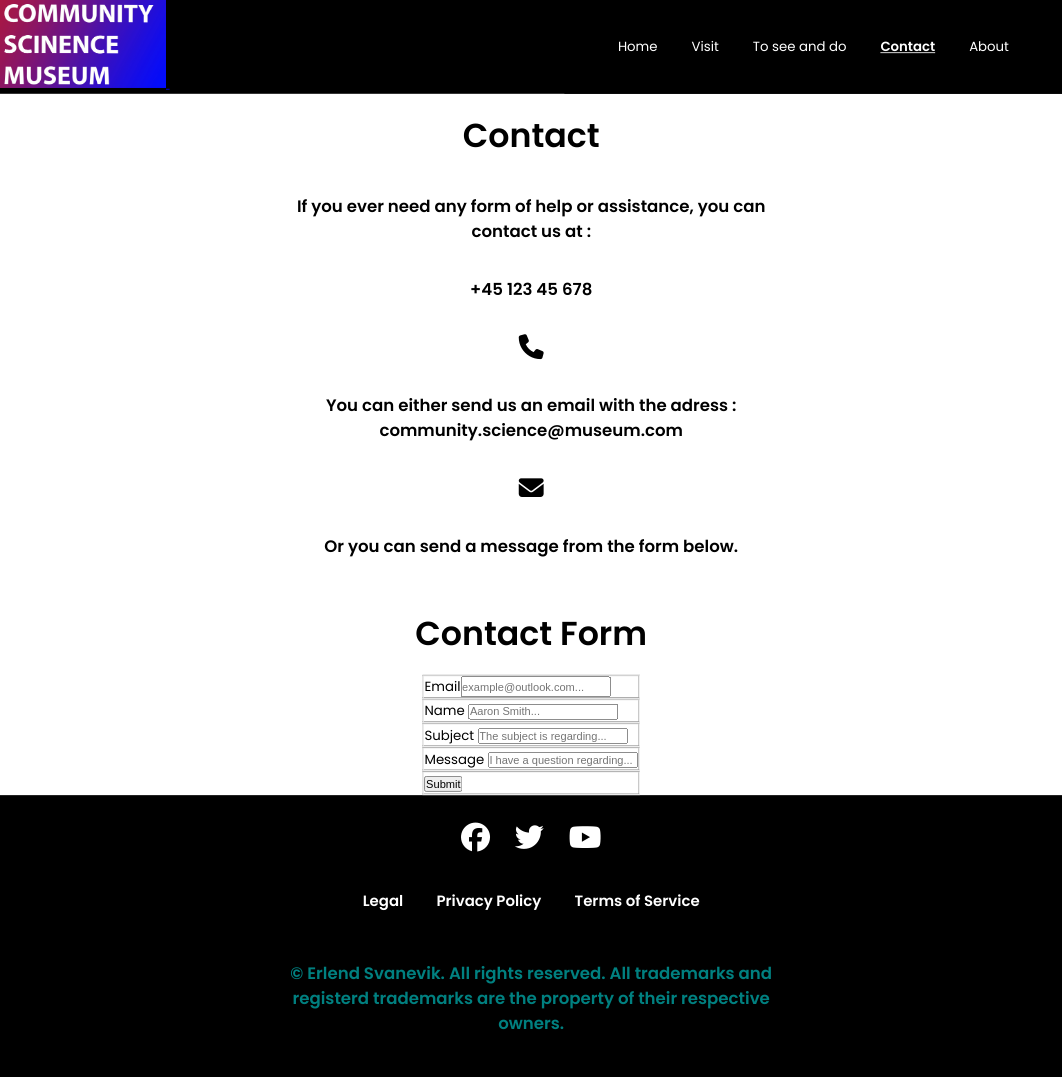
Repository: EpleWasTaken/Semester-Project
Page: contact.html
These files come from the project's save history. The page is drawn as it stood at one moment and after the next save; the edit follows.
The browser window is 1280 px wide. The pictures show the whole page, at 83% of full size.
Some web libraries are served in a nearby version.

Above is the page before, as saved 2020-12-11 22:10:47.

### contact.html
<!DOCTYPE html>
<html lang="en">
<head>
    <meta charset="UTF-8">
    <meta name="viewport" content="width=device-width, initial-scale=1.0">
    <meta name="keywords" content="museum, science museum, community museum">
    <meta name="author" content="Erlend Molvik Svanevik">
    <title>CMS Contact</title>

    <link rel="preconnect" href="https://fonts.gstatic.com">
    <link href="https://fonts.googleapis.com/css2?family=Poppins:ital,wght@0,100;0,200;0,300;0,400;0,500;0,600;1,100;1,200;1,300;1,400;1,500;1,600&display=swap" rel="stylesheet">
    <link rel="stylesheet" href="./css/styles.css">
    <link rel="stylesheet" href="./css/footer.css">
    <link rel="stylesheet" href="/css/hamburger.css">
    <script src="https://kit.fontawesome.com/cafca22d75.js" crossorigin="anonymous"></script>
</head>


<!--NAVIGAION, LOGO AND SEARCH BAR-->


<body>
    <header>
        <a href="index.html" aria-label="Go to frontpage">
            <img src="/Images/CommunityScienceMuseum.jpg" class="logo" alt="Community Science Museum logo">
        </a>
        <label class="hamburger-label" for="hamburger-menu" aria-label="Hamburger menu for navigation"><i class="fas fa-bars fa-2x"></i></label>
        <input type="checkbox" id="hamburger-menu">
        <nav>
            <ul class="nav">
                <li><a href="index.html" aria-label="Go to home page">Home</a></li>
                <li><a href="visit.html" aria-label="Go to the visit page">Visit</a></li>
                <li><a href="to-see-and-do.html" aria-label="Go to: To see and do">To see and do</a></li>
                <li><a href="contact.html" aria-label="Go to the contact page" class="active">Contact</a></li>
                <li><a href="about.html" aria-label="Go to the about page">About</a></li>
            </ul>
        </nav>
    </header>


<!---->

<main>
    <div class="contact-page">
        <div class="contact-items">
            <h2>Contact</h2>
            <p>If you ever need any form of help or assistance, you can contact us at :</p>
        </div>
        <div>
            <p>+45 123 45 678</p>
            <a href="#0" class="phone"><a class="fas fa-phone"></a>
        </div>
        <div>
            <p>You can either send us an email with the adress : community.science@museum.com</p>
            <a href="#0" class="mail"><a class="fas fa-envelope"></a>
            <p>Or you can send a message from the form below.</p>
        </div>
    </div>
    <div>
        <section class="contact-container">
            <section class="contact-form">
                <h2>Contact Form</h2>
                <form action="submit.php" method="GET">
                    <fieldset class="email">
                        <label for="email">Email</label>
                        <input type="email" name="email" placeholder="example@outlook.com...">
                    </fieldset>
                    <fieldset class="name">
                        <label for="name">Name</label>
                        <input type="text" name="name" placeholder="Aaron Smith...">
                    </fieldset>
                    <fieldset class="subject">
                        <label for="subject">Subject</label>
                        <input type="subject" name="subject" placeholder="The subject is regarding...">
                    </fieldset>
                    <fieldset class="message">
                        <label for="message">Message</label>
                        <input type="text" name="message" placeholder="I have a question regarding...">
                    </fieldset>
                    <fieldset class="submit">
                        <button class="btn-submit">Submit</button>
                    </fieldset>
                </form>
            </section>
        </section>
    </div>
</main>





    <footer class="footer">
        <div class="footer-container">
            <ul class="footer-social">
                <li>
                    <a href="#0" class="facebook"><i class="fab fa-facebook"></i></a>
                </li>
                <li>
                    <a href="#0" class="twitter"><i class="fab fa-twitter"></i></a>
                </li>
                <li>
                    <a href="#0" class="youtube"><i class="fab fa-youtube"></i></a>
                </li>
            </ul>
        </div>
        <div class="footer-container">
            <div class="footer-legal">
                <a href="#0">Legal</a>
                <a href="#0">Privacy Policy</a>
                <a href="#0">Terms of Service</a>
            </div>
            <div class="footer-copyright">
                <p>&copy; Erlend Svanevik. All rights reserved. All trademarks and registerd trademarks are the property of
                   their respective owners.</p>
            </div>
        </div>
    </footer>
</body>
</html>

### css/styles.css
* {
	margin: 0px;
	padding: 0px;
	box-sizing: border-box;
}

body {
	font-family: 'poppins', sans-serif;
	background: white;
}

nav {
	background-color: black;
}

header {
	background: black;
	min-height: ;
}

.logo {
	max-width: 100px;
}

a.fas.fa-phone,
a.fas.fa-envelope {
	display: flex;
	justify-content: center;
	align-items: center;
	font-size: 30px;
}

.contact-form {
	display: flex;
	flex-direction: column;
	justify-content: center;
	align-items: center;
	margin: auto;
}

.email {
	display: flex;
}

/* NAVIGATION/HAMBURGER MENU/CLICKEBLE
-------------------------------------------*/

/*PICTURES
-----------------------------------------------*/

.homepic,
.space,
.mammoth,
.people,
.science,
.ant {
	width: auto;
	max-width: 100%;
	height: auto;
	margin-bottom: 3vh;
}

/*TEXT/FONT/TEXT ALIGNMENY
--------------------------------------------------*/

h1 {
	display: flex;
	align-items: center;
	justify-content: center;
	margin-left: auto;
	margin-right: auto;
	font-weight: 600;
	font-size: 30px;
	margin: 40px;
	text-align: center;
}

h2 {
	display: flex;
	align-items: center;
	justify-content: center;
	margin-left: auto;
	margin-right: auto;
	font-weight: 600;
	font-size: 25px;
	margin: 40px;
	text-align: center;
}

h3 {
	display: flex;
	align-items: center;
	justify-content: center;
	font-weight: 600;
	font-size: 20px;
	margin: 40px;
	text-align: center;
}

p {
	display: flex;
	align-items: center;
	justify-content: center;
	font-weight: 600;
	font-size: 15px;
	margin: 40px;
	max-width: 70%;
	margin-left: auto;
	margin-right: auto;
	text-align: center;
}

.open-hours p {
	margin: 20px;
	margin-left: auto;
	margin-right: auto;
	align-items: center;
	justify-content: center;
	text-align: center;
}

.contact-container {
	display: flex;
	flex-direction: row;
	align-items: center;
}

.mail {
	display: flex;
	justify-content: center;
	align-items: center;
}

/* GRID Container */
.visit {
	display: flexbox;
	flex-direction: column;
}

@media screen and (min-width: 1024px) {
	body {
		font-family: 'poppins', sans-serif;
		font-weight: 400;
	}

	.logo {
		max-width: 200px;
	}

	.homepic {
		display: flex;
		flex-direction: column;
		justify-content: center;
		align-items: center;
		max-width: 1664px;
		margin-left: auto;
		margin-right: auto;
	}

	h1,
	h2,
	h3,
	p {
		display: flex;
		align-items: center;
		justify-content: center;
	}

	h1 {
		font-size: 60px;
		margin: 40px;
	}

	h2 {
		font-size: 40px;
		margin: 20px;
	}

	h3 {
		font-size: 30px;
		margin: 15px;
	}

	p {
		font-size: 20px;
		margin: 40px;
		max-width: 50%;
		margin-left: auto;
		margin-right: auto;
	}

	.space,
	.mammoth,
	.people,
	.science,
	.ant {
		display: flex;
		left: 0;
		right: 0;
		max-width: 800px;
		justify-content: center;
		align-items: center;
		margin: auto;
		padding: 4vh;
	}
}

### css/footer.css
/* FOOTER */

* {
	padding: 0;
	margin: 0;
	box-sizing: border-box;
}

footer {
	display: flex;
	flex-direction: column;
	justify-content: center;
	align-items: center;
	background-color: black;
	font-family: 'Poppins', sans-serif;
	font-weight: 600;
	padding: 10px;
}

.footer-container {
	display: flex;
	flex-direction: column;
	justify-content: center;
	align-items: center;
}

.footer-social {
	font-size: 35px;
}

.footer-social li a {
	color: white;
}

.footer-legal {
	display: flex;
	flex-direction: column;
	text-decoration: none;
	align-items: center;
	justify-content: center;
	font-size: 20px;
}

.footer-legal a {
	display: flex;
	text-decoration: none;
	flex-direction: row;
	padding: 15px;
}

.footer-social li a.facebook:hover {
	color: #3b5998;
}

.footer-social li a.twitter:hover {
	color: #00acee;
}

.footer-social li a.youtube:hover {
	color: #c4302b;
}

.footer-legal a {
	color: white;
}

.footer-legal a:hover {
	color: #008080;
}

.footer-copyright {
	display: flex;
	flex-direction: column;
	text-decoration: none;
	justify-content: center;
	align-items: center;
	text-align: center;
	font-size: 14px;
	color: #008080;
}

ul {
	list-style: none;
}

@media screen and (min-width: 1024px) {
	.footer-legal {
		display: flex;
		flex-direction: row;
		justify-content: center;
		align-items: center;
		font-size: 18px;
	}

	.footer-legal a {
		display: flex;
		flex-direction: row;
		justify-content: center;
		align-items: center;
		padding: 20px;
	}

	.footer-social {
		display: flex;
		flex-direction: row;
		justify-content: center;
		align-items: center;
		text-decoration: none;
	}

	.footer-container {
		text-decoration: none;
	}

	.footer-social li {
		display: flex;
		flex-direction: row;
		text-decoration: none;
		margin: 15px;
	}
}

### css/hamburger.css
* {
	margin: 0px;
	padding: 0px;
	box-sizing: border-box;
}

nav,
#hamburger-menu {
	display: none;
	z-index: 1;
}

nav ul {
	padding: 0px;
}

nav li {
	display: block;
}

nav a {
	text-decoration: none;
	color: white;
	display: block;
	justify-content: center;
	align-items: center;
}

.nav {
	display: block;
	position: absolute;
	justify-content: space-between;
	padding: ;
	right: 0;
	top: 5;
	height: 100%;
	width: 100%;
	background-color: black;
	text-align: center;
}

.hamburger-label {
	color: #fff;
	padding: 10px;
	font: 1.5em;
	display: block;
	position: absolute;
	right: 0;
	top: 0px;
}

.active {
	font-weight: 600;
	text-decoration: underline;
}

#hamburger-menu:checked ~ nav {
	display: flex;
}

@media screen and (min-width: 1024px) {
	nav {
		display: inline-block;
	}

	.active {
		font-weight: 600;
		text-decoration: underline;
	}

	.hamburger-label {
		display: none;
	}

	nav ul {
		padding: 0px;
		color: #fff;
		font: 1.5em;
		display: flex;
		position: absolute;
		right: 0;
		top: 0px;
		min-width: 600px;
		align-items: center;
		padding: 44px;
	}

	nav li {
		display: block;
	}

	nav a {
		text-decoration: none;
		color: white;
		display: block;
	}

	.nav {
		display: flex;
		justify-content: space-around;
		text-decoration: none;
		background-color: black;
		height: auto;
		width: auto;
		margin: auto;
	}
}

After the next save:
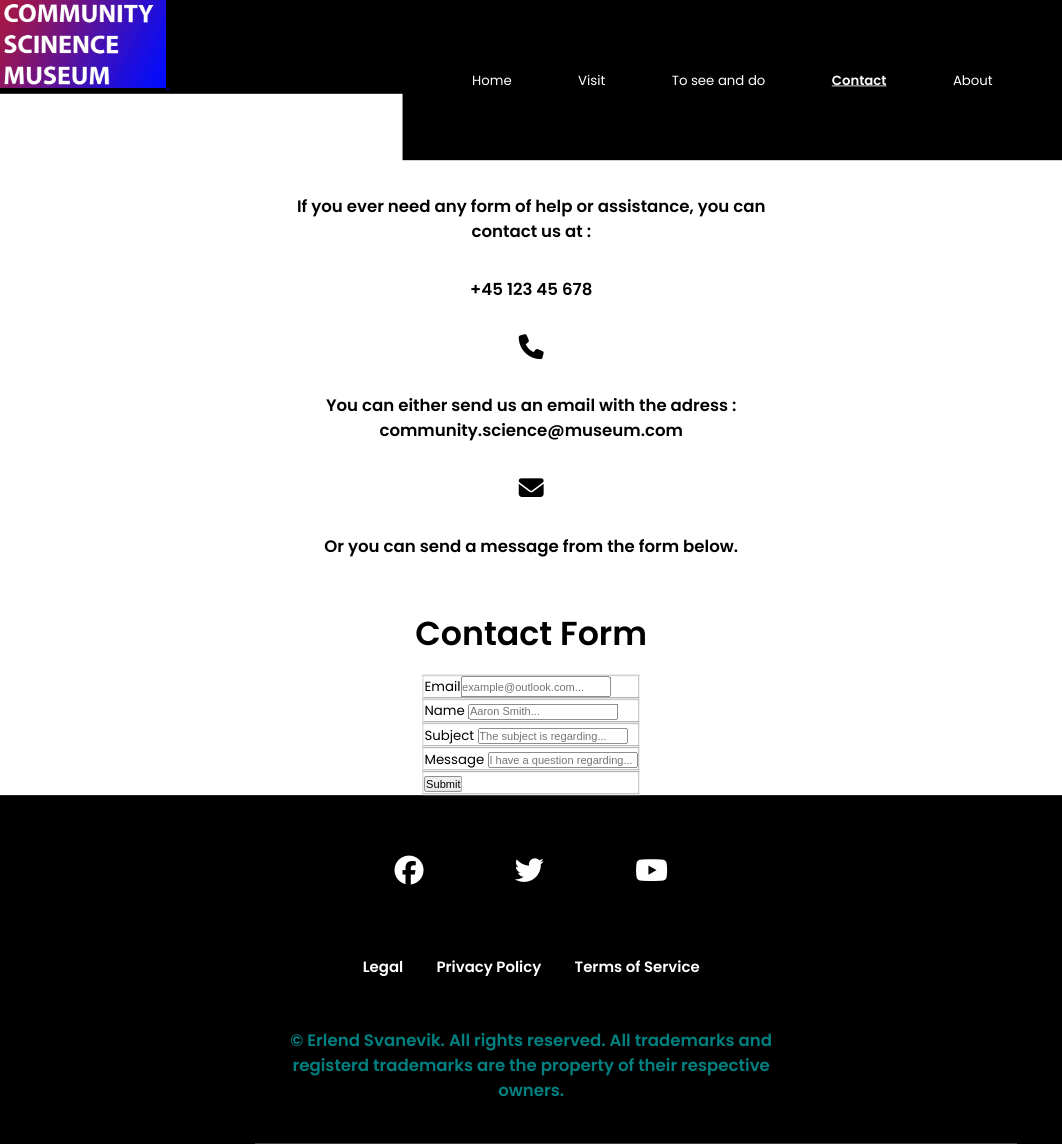
Saved 34 s later.
--- a/css/hamburger.css
+++ b/css/hamburger.css
@@ -16,6 +16,10 @@
 
 nav li {
 	display: block;
+}
+
+ul a {
+	margin: 40px;
 }
 
 nav a {

After the save that followed:
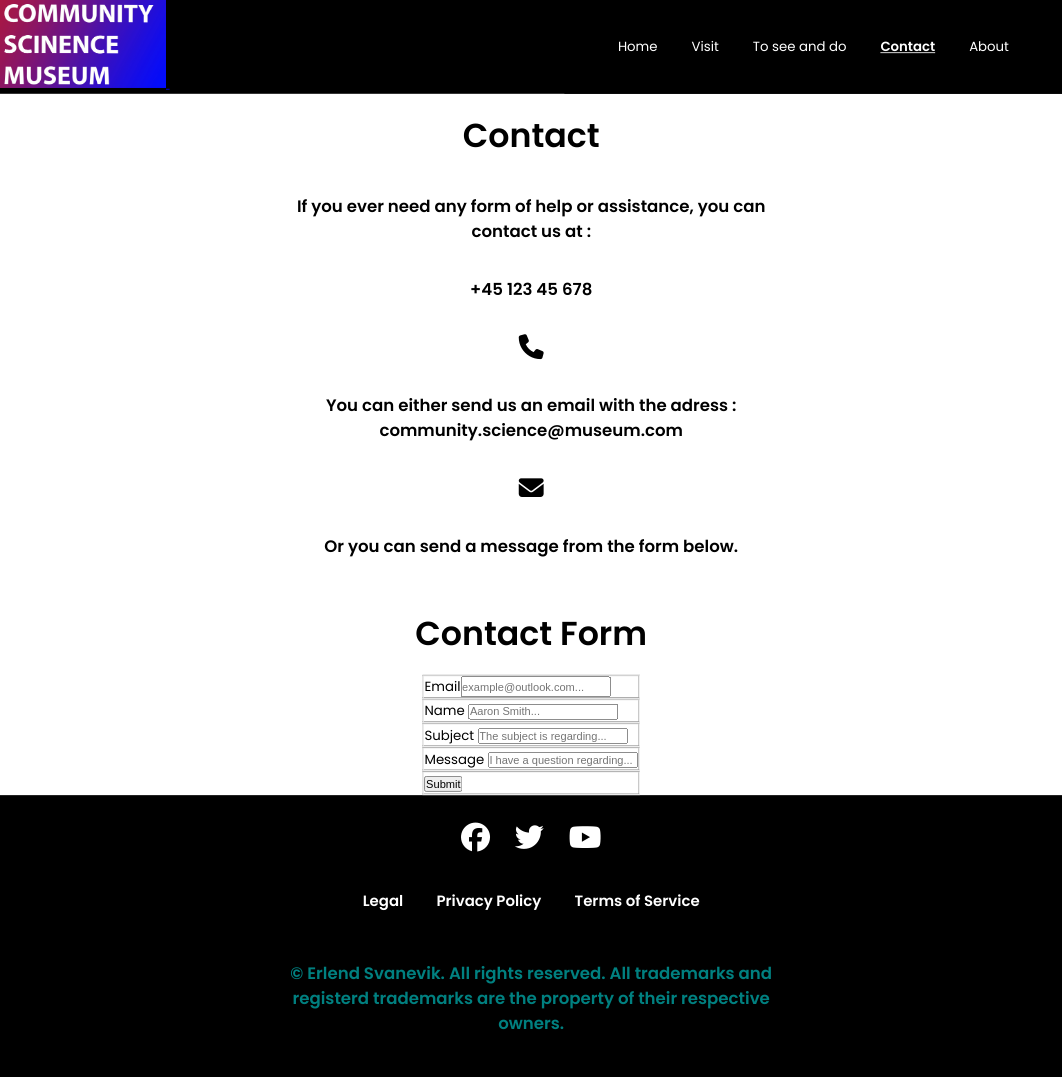
Saved 21 s later.
--- a/css/hamburger.css
+++ b/css/hamburger.css
@@ -108,4 +108,8 @@
 		width: auto;
 		margin: auto;
 	}
+
+	ul a {
+		margin: auto;
+	}
 }
